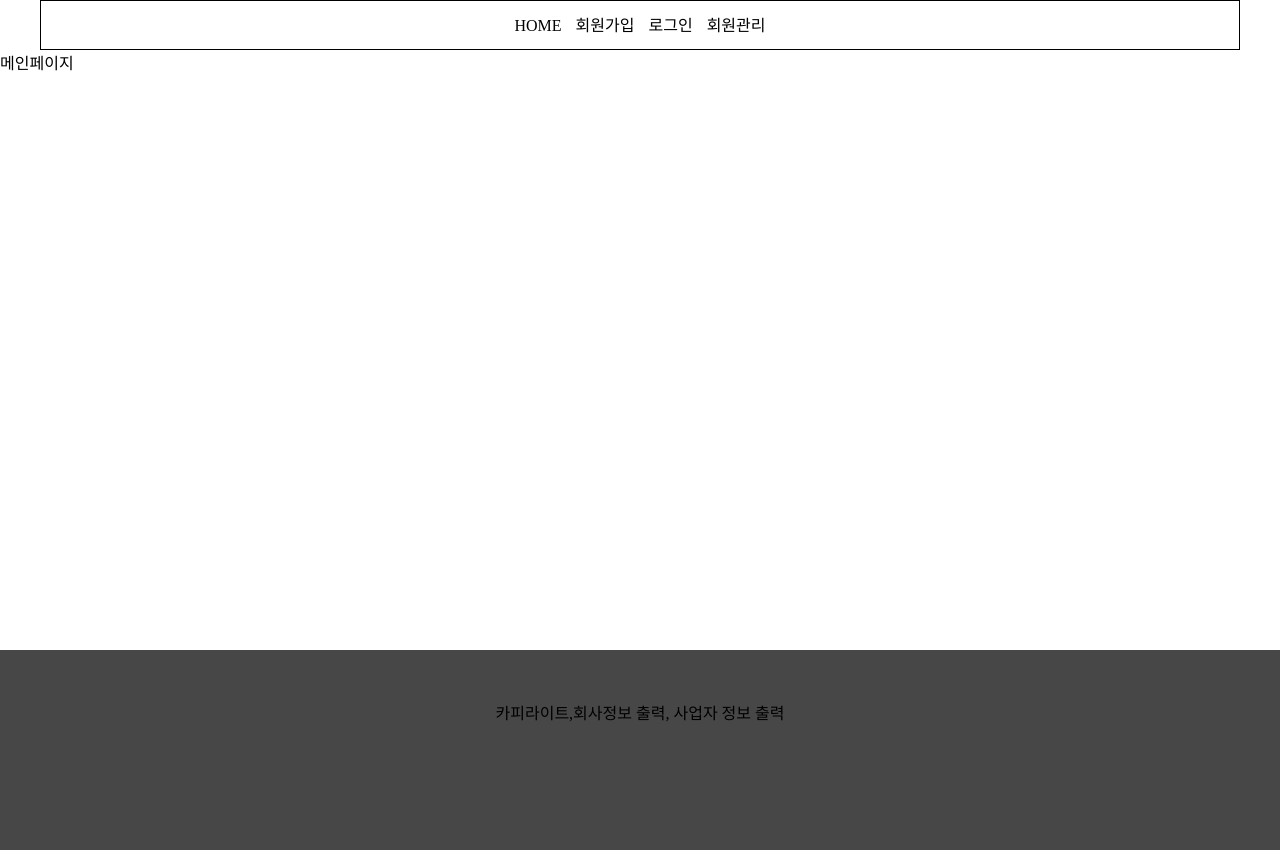
Repository: ceooyh/JSP
Page: http://localhost/step02/test.jsp
An editor plug-in stored every save of this project. The page is shown before and after the next save, followed by the edit.
The browser window is 1280 px wide. The pictures show the whole page.
The page is served by Tomcat 9. Other server files are loaded and not shown.

Above is the page before, as saved 2020-12-29 06:04:27.

### step02/WebContent/test.jsp
<%@ page language="java" contentType="text/html; charset=UTF-8"
    pageEncoding="UTF-8"%>
<!DOCTYPE html>
<html>
<head>
	<meta charset="UTF-8">
	<title>Insert title here</title>
	<style type="text/css">
		*{
			padding: 0;
			margin: 0;
		}
		nav{
			width: 1200px;
			margin: 0 auto;
			border: 1px solid black;
			height: 50px;
			padding-top:6px;
			box-sizing: border-box;
		}
		ul{
			text-align: center;
		}
		li{
			list-style-type: none;
			display: inline-block;
			margin: 5px;
		}
		section{
			width: 100%;
			margin: 0 auto;
			height:600px;
		}
		footer{
			width: 100%;
			height: 200px;
			background-color:#474747;
			text-align: center;
			box-sizing:border-box;
			padding-top: 50px;
		}
	</style>
</head>
<body>
	<nav>
		<ul>
			<li>HOME</li>
			<li>회원가입</li>
			<li>로그인</li>
			<li>회원관리</li>
		</ul>
	</nav>
	<section>
		메인페이지
	</section>
	<footer>
		카피라이트,회사정보 출력, 사업자 정보 출력
	</footer>
</body>
</html>

After the next save:
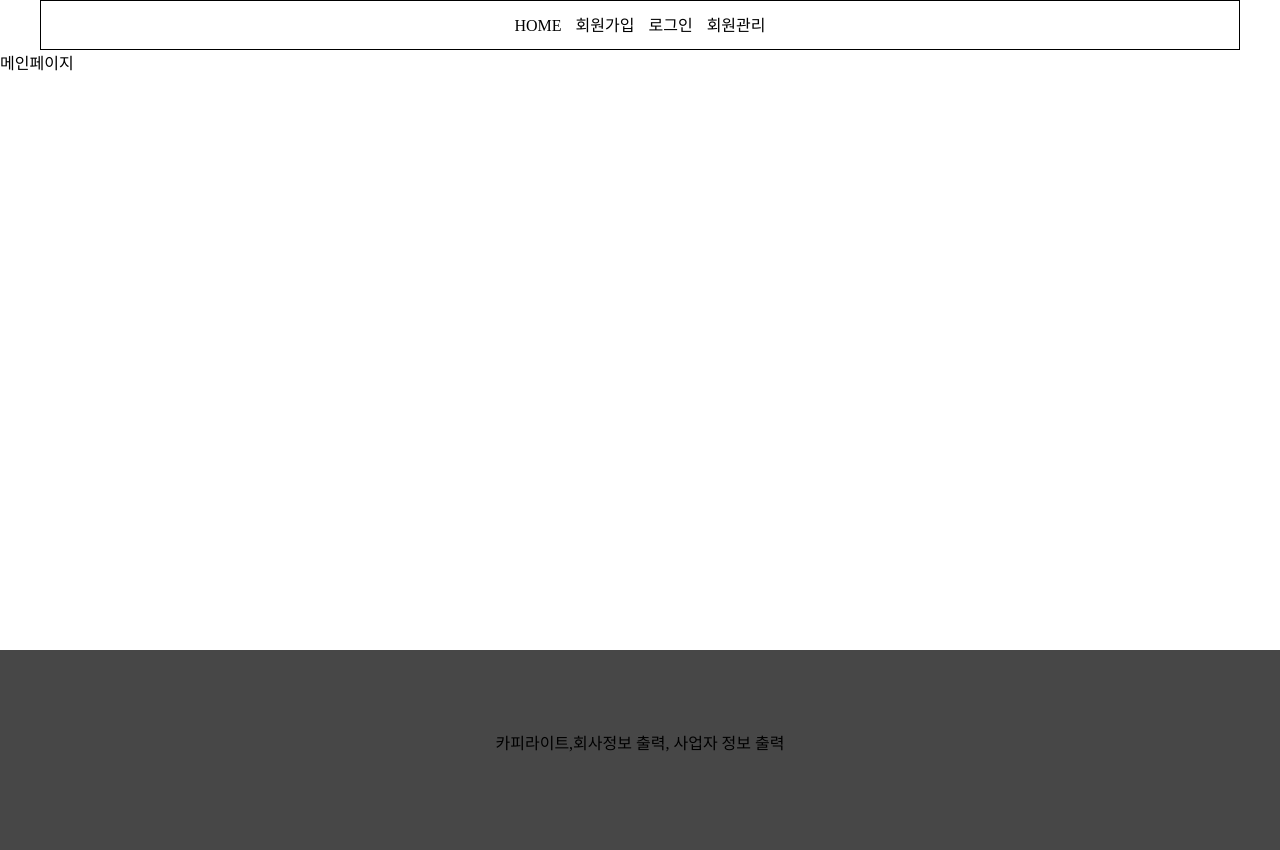
Saved 5 s later.
--- a/step02/WebContent/test.jsp
+++ b/step02/WebContent/test.jsp
@@ -37,7 +37,7 @@
 			background-color:#474747;
 			text-align: center;
 			box-sizing:border-box;
-			padding-top: 50px;
+			padding-top: 80px;
 		}
 	</style>
 </head>
